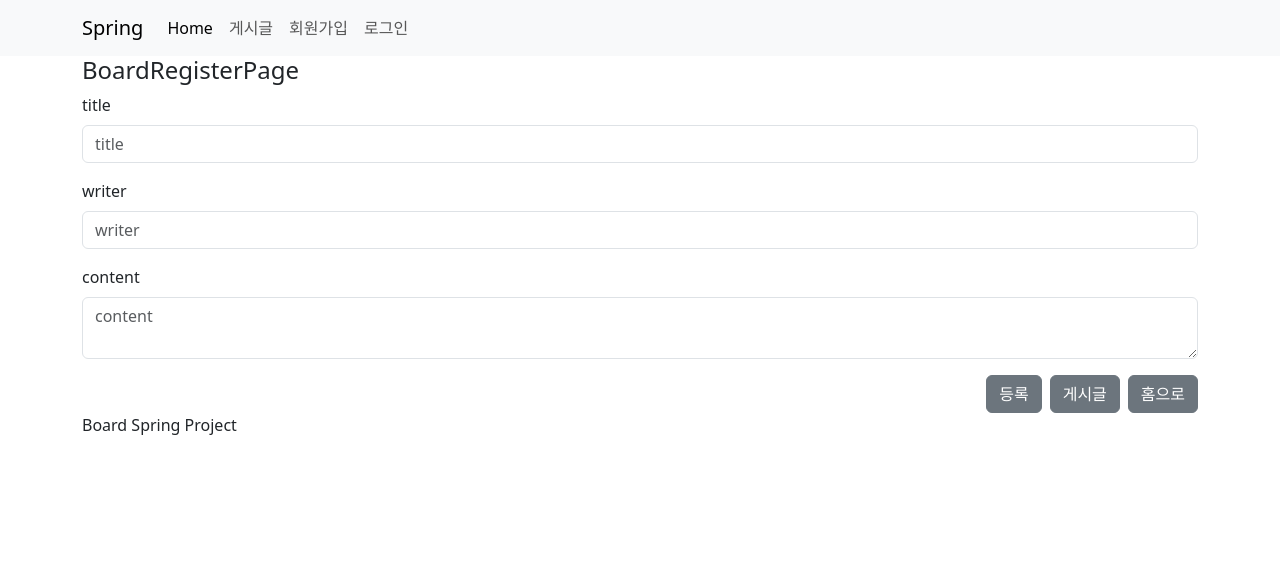
Repository: dasberaht/240430_SPRING_PROJECT
Page: http://localhost/spring_study/WEB-INF/views/board/register.jsp
An editor plug-in stored every save of this project. The page is shown before and after the next save, followed by the edit.
The browser window is 1280 px wide. The pictures show the whole page.
The page is served by Tomcat 9. Nobody is signed in. The template is opened directly, without the code that normally fills it, so the values that code supplies are empty.

Above is the page before, as saved 2024-04-29 01:15:16.

### spring_study/src/main/webapp/WEB-INF/views/board/register.jsp
<%@ page language="java" contentType="text/html; charset=UTF-8"
    pageEncoding="UTF-8"%>
<!DOCTYPE html>
<html>
<head>
<meta charset="UTF-8">
<title>Insert title here</title>
</head>
<body>
<jsp:include page="../layout/header.jsp" />
<div class="container-md">
	<h4>BoardRegisterPage</h4>
	<div>
		<form action="/board/insert" method="post">
			<div class="mb-3">
			  <label for="t" class="form-label">title</label>
			  <input type="text" class="form-control" name="title" id="t" placeholder="title">
			</div>
			<div class="mb-3">
			  <label for="w" class="form-label">writer</label>
			  <input type="text" class="form-control" name="writer" id="w" placeholder="writer" value="${ses.id }" readonly="readonly">
			</div>
			<div class="mb-3">
			  <label for="c" class="form-label">content</label>
			  <textarea class="form-control"  aria-label="With textarea" id="c" name="content" placeholder="content"></textarea>
			</div>
			<div class="d-grid gap-2 d-md-flex justify-content-md-end">
			<button type="submit" class="btn btn-secondary">등록</button>
			<a href="/board/list"><button type="button" class="btn btn-secondary">게시글</button></a>
			<a href="/"><button type="button" class="btn btn-secondary">홈으로</button></a>
			</div>
		</form>
	</div>
</div>

<jsp:include page="../layout/footer.jsp" />
</body>
</html>

### spring_study/src/main/webapp/WEB-INF/views/layout/header.jsp
<%@ page language="java" contentType="text/html; charset=UTF-8"
    pageEncoding="UTF-8"%>
    <%@ taglib uri="http://java.sun.com/jsp/jstl/core" prefix="c" %>
<!DOCTYPE html>
<html>
<head>
<meta charset="UTF-8">
<title>header.jsp</title>
<link href="https://cdn.jsdelivr.net/npm/bootstrap@5.3.3/dist/css/bootstrap.min.css" rel="stylesheet" integrity="sha384-QWTKZyjpPEjISv5WaRU9OFeRpok6YctnYmDr5pNlyT2bRjXh0JMhjY6hW+ALEwIH" crossorigin="anonymous">
<script src="https://cdn.jsdelivr.net/npm/bootstrap@5.3.3/dist/js/bootstrap.bundle.min.js" integrity="sha384-YvpcrYf0tY3lHB60NNkmXc5s9fDVZLESaAA55NDzOxhy9GkcIdslK1eN7N6jIeHz" crossorigin="anonymous"></script>
</head>
<body>
<!-- 부트스트랩 네비게이션 바 참고 -->
<nav class="navbar navbar-expand-lg bg-body-tertiary">
  <!-- <div class="container-fluid"> -->
  <div class="container-md">
    <a class="navbar-brand" href="/">Spring</a>
    <button class="navbar-toggler" type="button" data-bs-toggle="collapse" data-bs-target="#navbarSupportedContent" aria-controls="navbarSupportedContent" aria-expanded="false" aria-label="Toggle navigation">
      <span class="navbar-toggler-icon"></span>
    </button>
    <div class="collapse navbar-collapse" id="navbarSupportedContent">
      <ul class="navbar-nav me-auto mb-2 mb-lg-0">
        <li class="nav-item">
          <a class="nav-link active" aria-current="page" href="/">Home</a>
        </li>
        <li class="nav-item">
          <a class="nav-link" href="/board/list">게시글</a>
        </li>

        <c:if test="${ses.id == null }">
        <li class="nav-item">
          <a class="nav-link" href="/member/register">회원가입</a>
        </li>
        <li class="nav-item">
          <a class="nav-link" href="/member/login">로그인</a>
        </li>
        </c:if>

        <c:if test="${ses.id != null }">
        <li class="nav-item">
          <a class="nav-link" href="/board/register">글쓰기</a>
        </li>
        <li class="nav-item">
          <a class="nav-link" href="/member/modify">${ses.id}(${ses.email })</a>
        </li>
        <li class="nav-item">
          <a class="nav-link" href="/member/logout">로그아웃</a>
        </li>
        </c:if>

      </ul>
    </div>
  </div>
</nav>

### spring_study/src/main/webapp/WEB-INF/views/layout/footer.jsp
<%@ page language="java" contentType="text/html; charset=UTF-8"
    pageEncoding="UTF-8"%>
<!DOCTYPE html>

<title>footer.jsp</title>
	<div class="container-md">
		Board Spring Project ${serverTime }
	</div>

</body>
</html>

After the next save:
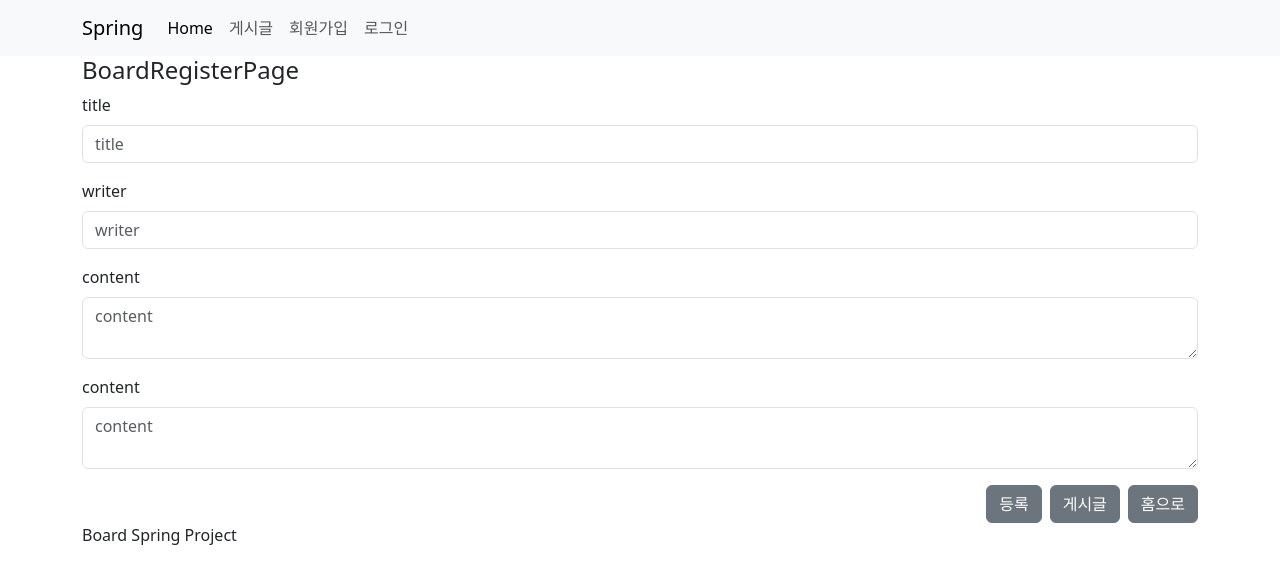
Saved 2 min 16 s later.
--- a/spring_study/src/main/webapp/WEB-INF/views/board/register.jsp
+++ b/spring_study/src/main/webapp/WEB-INF/views/board/register.jsp
@@ -11,7 +11,7 @@
 <div class="container-md">
 	<h4>BoardRegisterPage</h4>
 	<div>
-		<form action="/board/insert" method="post">
+		<form action="/board/insert" method="post" enctype="multipart/form-data">
 			<div class="mb-3">
 			  <label for="t" class="form-label">title</label>
 			  <input type="text" class="form-control" name="title" id="t" placeholder="title">
@@ -20,6 +20,12 @@
 			  <label for="w" class="form-label">writer</label>
 			  <input type="text" class="form-control" name="writer" id="w" placeholder="writer" value="${ses.id }" readonly="readonly">
 			</div>
+			<div class="mb-3">
+			  <label for="c" class="form-label">content</label>
+			  <textarea class="form-control"  aria-label="With textarea" id="c" name="content" placeholder="content"></textarea>
+			</div>
+
+			<!-- file 입력 라인 -->
 			<div class="mb-3">
 			  <label for="c" class="form-label">content</label>
 			  <textarea class="form-control"  aria-label="With textarea" id="c" name="content" placeholder="content"></textarea>
